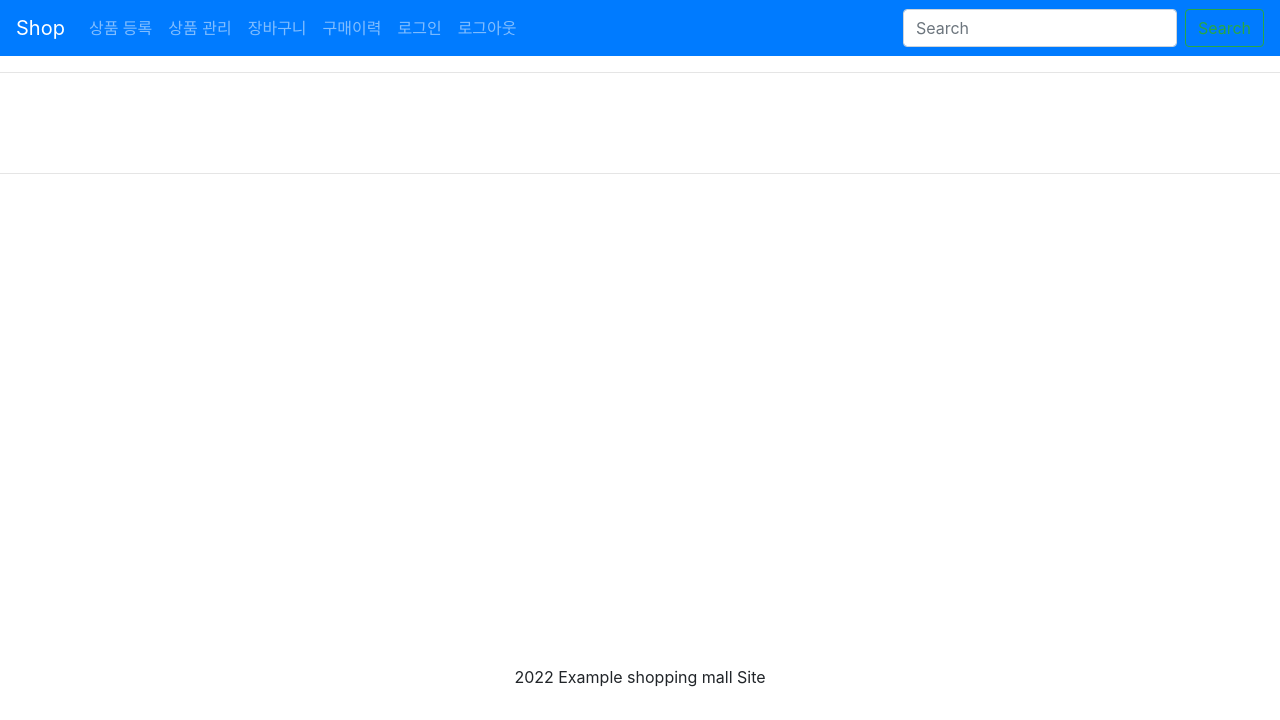
Repository: Hewn05/gitHub
Page: http://localhost/layouts/layout1
These files come from the project's save history. The page is drawn as it stood at one moment and after the next save; the edit follows.
The browser window is 1280 px wide. The pictures show the whole page.
The page is this project's Thymeleaf template; nobody is signed in. The template is opened directly, without the code that normally fills it, so the values that code supplies are empty.

Above is the page before, as saved 2022-11-16 08:32:00.

After the next save:
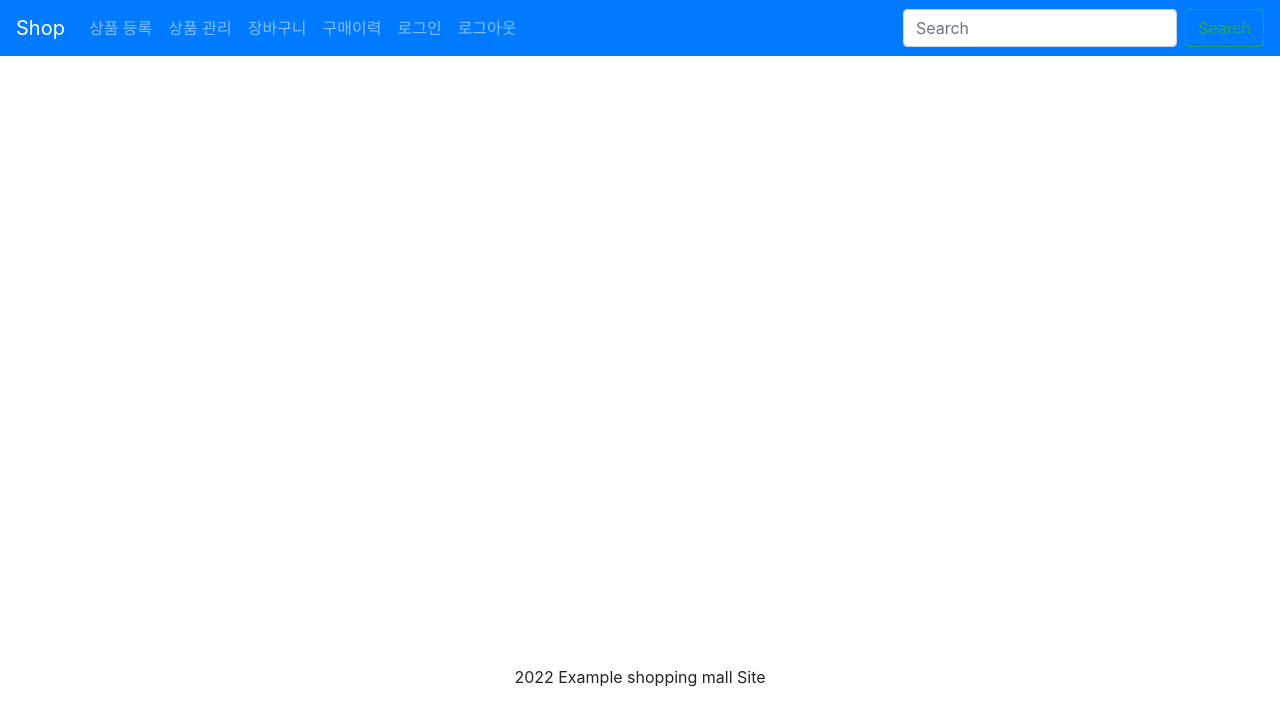
Saved 32 s later.
--- a/springPrac/P25ShopJPA/src/main/resources/templates/layouts/layout1.html
+++ b/springPrac/P25ShopJPA/src/main/resources/templates/layouts/layout1.html
@@ -25,10 +25,8 @@
 <body>
 
 	<div th:replace="fragments/header::header"></div>
-	<hr/>
 	<div layout:fragment="content" class="content">
 	</div>
-	<hr/>
 	<div th:replace="fragments/footer::footer"></div>
 
 	<script src="https://cdn.jsdelivr.net/npm/bootstrap@5.2.2/dist/js/bootstrap.bundle.min.js" integrity="sha384-OERcA2EqjJCMA+/3y+gxIOqMEjwtxJY7qPCqsdltbNJuaOe923+mo//f6V8Qbsw3" crossorigin="anonymous"></script>
